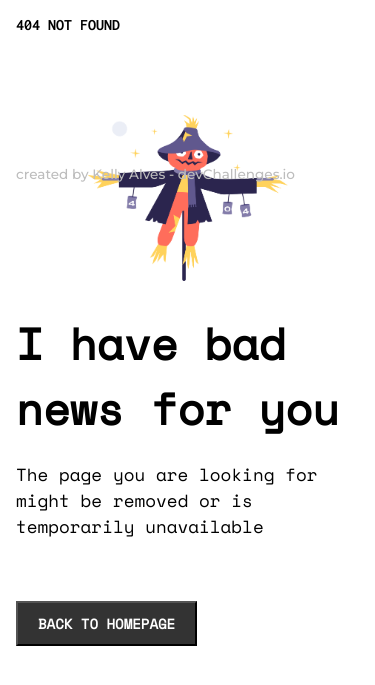
Repository: kellyalves87/404_not_found
Page: index.html
These files come from the project's save history. The page is drawn as it stood at one moment and after the next save; the edit follows.
The browser window is 375 px wide. The pictures show the whole page.

Above is the page before, as saved 2021-05-16 15:57:50.

After the next save:
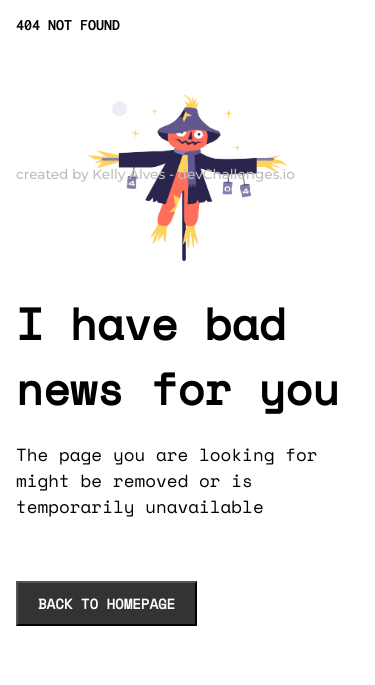
Saved 22 s later.
--- a/style/index.css
+++ b/style/index.css
@@ -12,7 +12,7 @@
   }
 
   .content img {
-    padding-top: 50px;
+    padding-top: 30px;
     display: flex;
     margin: auto;
     width: 200px;
